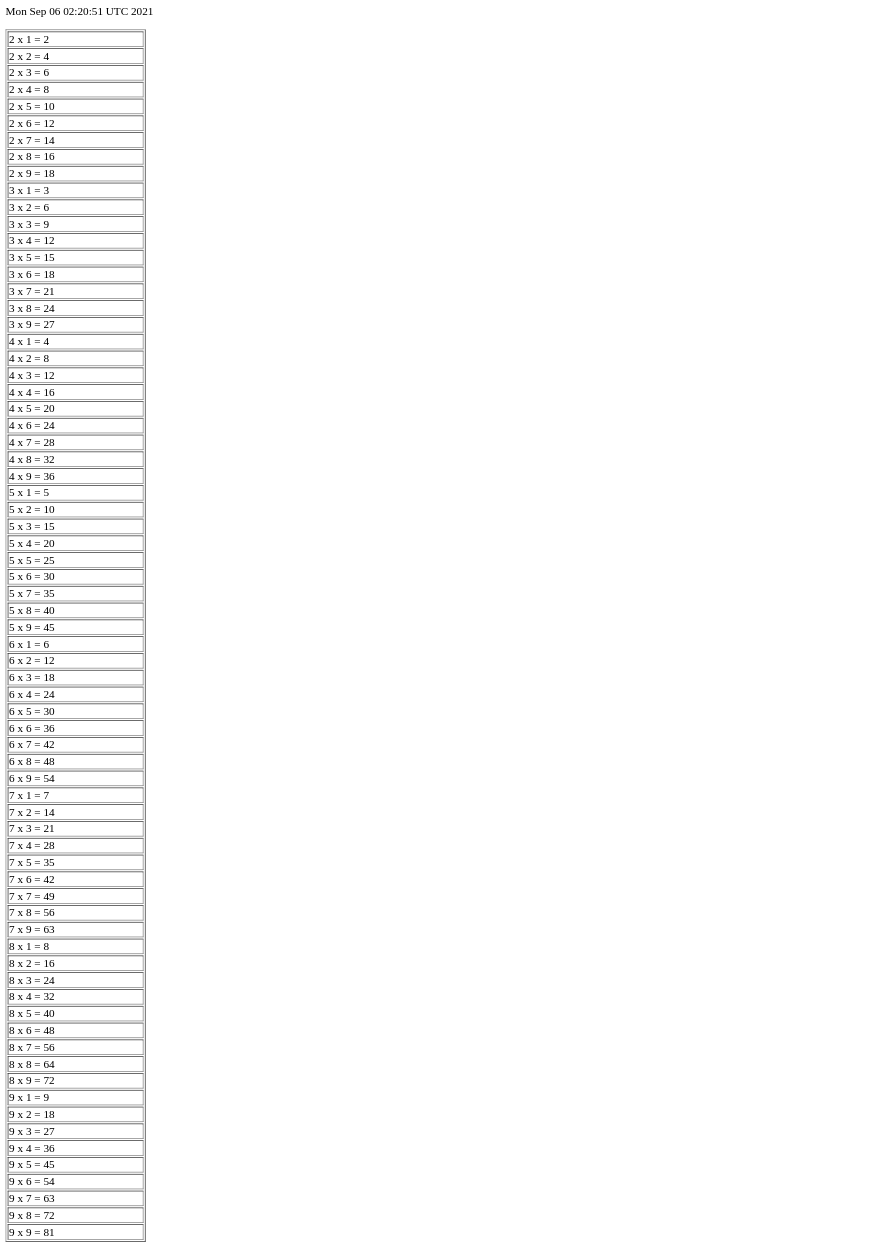
Repository: soobin10236/Class
Page: http://localhost/Web10/
These files come from the project's save history. The page is drawn as it stood at one moment and after the next save; the edit follows.
The browser window is 1280 px wide. The pictures show the part of the page from y = 0 to 1920 px (the page is 1782 px tall before and 3510 px after), at 70% of full size.
The page is served by Tomcat 9.

Above is the page before, as saved 2021-09-08 02:56:38.

After the next save:
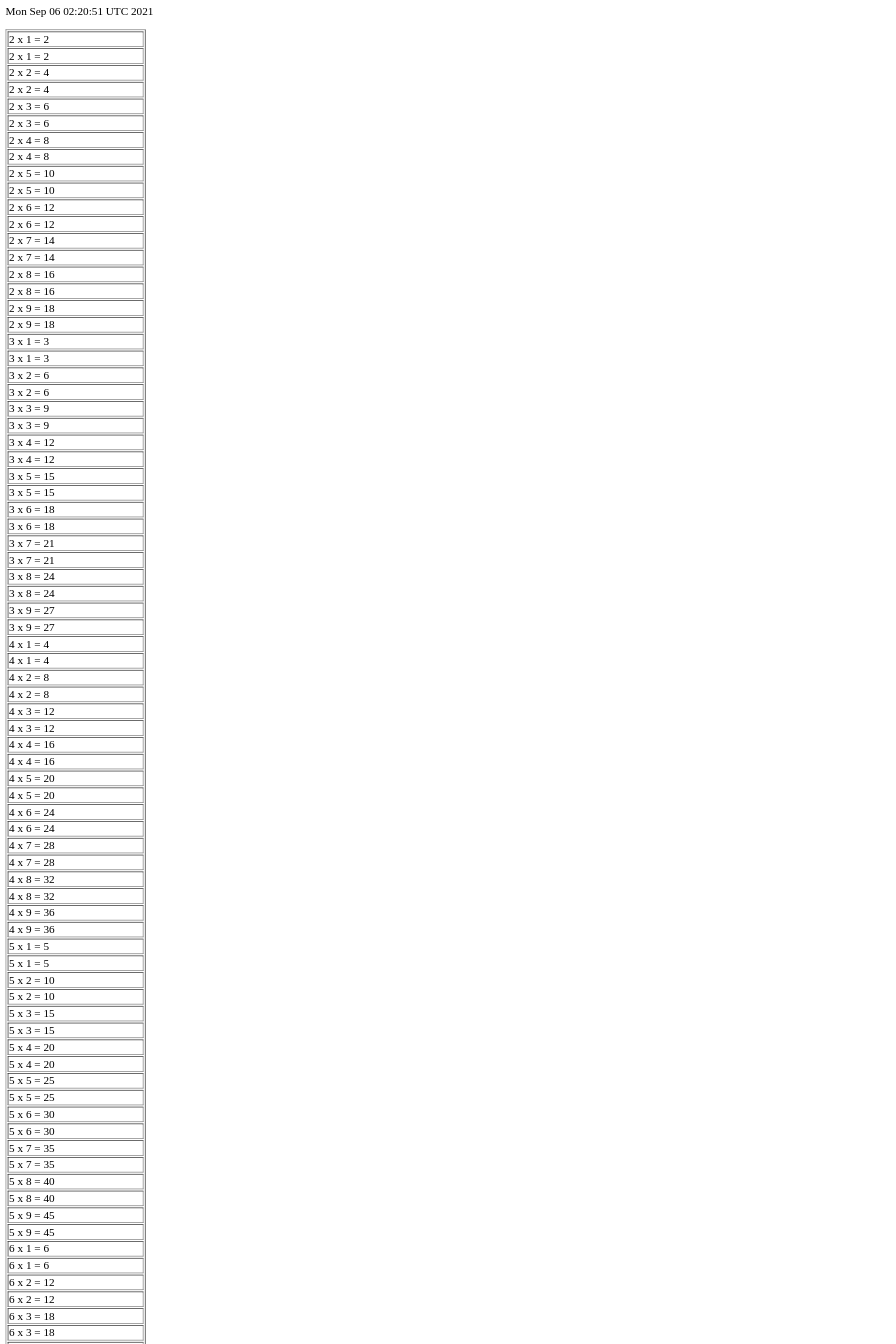
Saved 12 s later.
--- a/Web10/src/main/webapp/index.jsp
+++ b/Web10/src/main/webapp/index.jsp
@@ -29,6 +29,9 @@
 	for(int i=1;i<=8;i++){
 		for(int j=1;j<=9;j++){
 	%>
+		<tr>
+			<td><%=i+1%> x <%=j %> = <%= (i+1)*j %></td>
+		</tr>
 		<tr>
 			<td><%=i+1%> x <%=j %> = <%= (i+1)*j %></td>
 		</tr>
